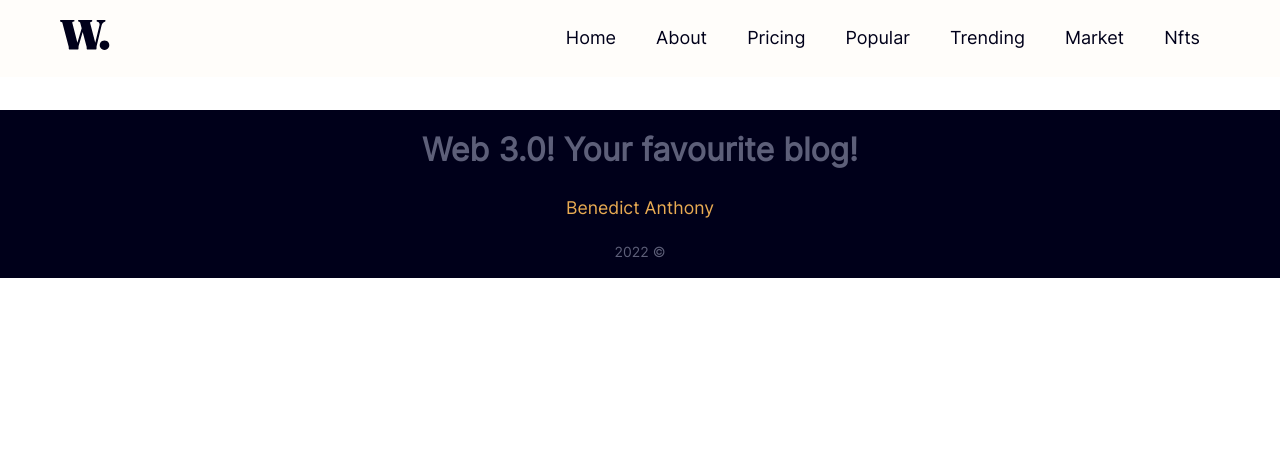
Repository: Benedict-Anthony/web3.0-blog-chain
Page: /market
An editor plug-in stored every save of this project. The page is shown before and after the next save, followed by the edit.
The browser window is 1280 px wide. The pictures show the whole page.
The project was rebuilt for these pictures with package versions that can differ from the ones it lists, and the page was loaded fresh each time. The framework's server and built-in components were replaced by stand-ins that run in the browser. Also part of the build but not shown: next.config.js, styles/styles.css.

Above is the page before, as saved 2022-12-22 05:16:09.

### pages/_app.tsx
import '../styles/globals.scss'
import type { AppProps } from 'next/app'
import NavBar from '../components/NavBar'
import "@/styles/styles.css"
import { Footer } from 'components/Footer'
export default function App({ Component, pageProps }: AppProps) {
  return (
    <>
      <NavBar />
      <Component {...pageProps} />
      <Footer/>
    </>
  )
}

### pages/market.tsx
import Button from 'components/Button'
import React from 'react'
import Layout from 'components/Layout';

const market = () => {
  return (
      <Layout title='Web 3.0 | market News' description='market system top news' keyword='crytopcurrency, coin, web 3, news'>

      </Layout>
  )
}

export default market

### styles/globals.scss
:root{
  --SoftOrange: hsl(35, 77%, 62%);
  --SoftRed: hsl(5, 85%, 63%);

  --Red: hsl(0, 78%, 62%);
  --Cyan: hsl(180, 62%, 55%);
  --Orange: hsl(34, 97%, 64%);
  --Blue: hsl(212, 86%, 64%);

  --OffWhite: hsl(36, 100%, 99%);
  --GrayishBlue: hsl(233, 8%, 79%);
  --DarkGrayishBlue: hsl(236, 13%, 42%);
  --VeryDarkBlue: hsl(240, 100%, 5%);
}

@font-face{
  font-family: "Inter";
  src: url("/landing/assets/fonts/static/inter-Bold.ttf");
  src: url("/landing/assets/fonts/static/inter-ExtraBold.ttf");
  src: url("/landing/assets/fonts/static/inter-Regular.ttf");
}

*::after, *::before, *{
  padding: 0;
  margin: 0;
  box-sizing: border-box;
  transition: all .3s ease;
  line-height: 1.54em;
}


ul,li{
  list-style: none;
}

html{
  scroll-behavior: smooth;
}

body{
  font-family: "Inter";
}

.swiper {
    overflow: visible;
}

### components/NavBar.tsx
import React, { useEffect } from 'react'
import {useState} from "react"
import Image from 'next/image'
import Link from 'next/link';
import NavBarStyles from "@/styles/navBar.module.scss";
import { useRouter } from 'next/router';

const NavBar = () => {
  const [mobileActive, setMobileActive] = useState(false)
  const route = useRouter()

  useEffect(() => {
    setMobileActive(false)
  }, [route.pathname])
  return (

        <header className={NavBarStyles.header}>
          <nav className={NavBarStyles.nav}>
               <div className="logo">
                <Image src="/landing/assets/images/logo.svg" alt="" width={50} height={30} />
              </div>

              <ul style={{
                right: mobileActive ? "0" : "calc(100vw + 50px)"
              }}>
                  <li><Link href={"/"}>Home</Link></li>
                  <li><Link href={"/about"}>About</Link></li>
                  <li><Link href={"/pricing"}>Pricing</Link></li>
                  <li><Link href={"/popular"}>Popular</Link></li>
                  <li><Link href={"/trending"}>Trending</Link></li>
                  <li><Link href={"/market"}>Market</Link></li>
                  <li><Link href={"/nft"}>Nfts</Link></li>

              </ul>

                  <div className={NavBarStyles.toggler} onClick={() => setMobileActive(!mobileActive)}>
                      <Image src={`/landing/assets/images/${mobileActive ? "icon-menu-close.svg" : "icon-menu.svg"}`} alt="" width={25} height={20} />
            </div>

         </nav>
    </header>

  )
}

export default NavBar

### components/Footer.tsx
import React from 'react'
import Footerstyles from "@/styles/Footer.module.scss"
export const Footer = () => {
    const year = new Date().getFullYear()
  return (
    <footer className={Footerstyles.footer}>
        <h3>Web 3.0! Your favourite blog!</h3>
          <p>Benedict Anthony</p>
          <div>{ year} &copy;</div>
    </footer>
  )
}

### components/Layout.tsx
import React, { FC } from 'react'
import UtilsStyles from "@/styles/Utils.module.scss";
import {ReactNode} from "react"
import  Head  from 'next/head';

type layoutProps = {
  children: ReactNode,
  title: string
  description: string
  keyword: string
}
const Layout = ({children, title, description, keyword}:layoutProps) => {
  return (
    <>

      <Head>
        <title>{title}</title>
        <meta name='description' content={description} />
        <meta name='keywords' content={keyword} />
    </Head>
    <main className={UtilsStyles.container}>
      <section className={UtilsStyles.spaceY}>
        {children}
      </section>
      </main>
    </>
  )
}

export default Layout

### styles/navBar.module.scss
.header{
    position: fixed;
    top: 0;
    right: 0;
    left: 0;
    // max-width: 1160px;
    margin: 0 auto;
    padding: 20px;
     background-color: var(--OffWhite);
     z-index:10;
    //  box-shadow:  2px 1px 3px var(--DarkGrayishBlue);
}

.nav{
    display: flex;
    justify-content: space-between;
    align-items: center;
     max-width: 1160px;
    margin: 0 auto;

    .logo{
        width: 50px;
    }

    ul{
        display: flex;
        align-items: center;
        justify-content: space-between;

        li{
            margin: 0 20px;

            a{
                text-decoration: none;
                font-size: 18px;
                color: var(--VeryDarkBlue);
                font-family: "Inter";
                font-weight: 400;
                &:hover{
                    color: var(--SoftRed);
                    cursor: pointer;
                }
            }
        }
    }

    @media(max-width:767px) {
        ul{
            position: absolute;
            top: 0;
            width: 80%;
            background-color: var(--OffWhite);
            box-shadow: 2px 2px 3px var(--DarkGrayishBlue);
            height: 100vh;
            flex-flow: column;
            justify-content: center;
            align-items: flex-start;
            padding-left: 10px;

            li{
                margin: 20px 0;

                a{
                    font-size: 22px;
                }
            }

        }


    }
}



.toggler{
        display: none;


        @media(max-width:767px) {
            display: block;
            z-index: 10;
        }
    }

### styles/Footer.module.scss
.footer{
    display: flex;
    align-items: center;
    justify-content: center;
    flex-direction: column;
    gap: 20px;
    padding: 15px 5px;
    color: var(--DarkGrayishBlue);
    background-color: var(--VeryDarkBlue);
    margin-top: 30px;
    text-align: center;

    h3{
        // color:var(--Blue);
        font-size: 2rem;
    }
    p{
        color: var(--SoftOrange);
        font-size: 1.1rem;
    }

    div{
        // color: var(--SoftOrange);
        font-size: 14px;
    }
}

### styles/Utils.module.scss
.container{
    max-width: 1160px;
    margin: 0 auto;
    overflow:hidden;
    padding: 0 7px;
}

.spaceY{
    padding-top: 2.5rem;
    margin-top: 2.5rem;
}

### components/Market.tsx
import React from 'react'
import Button from './Button'

const Market = () => {
  return (
    <article>
          <h2>Lorem ipsum dolor sit amet.</h2>
          <p>Lorem ipsum dolor sit amet consectetur adipisicing elit. Quibusdam repellendus assumenda esse exercitationem? Cumque eligendi, voluptas, enim ullam quos quas iste labore dolorem impedit inventore dicta tempore voluptatem iure fuga?</p>
          <Button title='Details'/>
    </article>
  )
}

export default Market

### components/Button.tsx
import React from 'react'
import ButtonbStyles from "@/styles/Button.module.scss"
type ButtonProps = {
    title:string
}
const Button = ({title}: ButtonProps) => {
  return (
    <button className={ButtonbStyles.button}>
      {title}
    </button>
  )
}

export default Button

### styles/Button.module.scss
.button{
    display: inline-block;
    color: var(--OffWhite);
    padding: 10px 20px;
    border: 0;
    background-color: var(--SoftRed);
    margin-top: 10px;
    font-size: 18px;
    border-radius: 2px;
    text-transform: capitalize;

    &:hover{
        cursor: pointer;
        background-color: var(--VeryDarkBlue);
    }
}

After the next save:
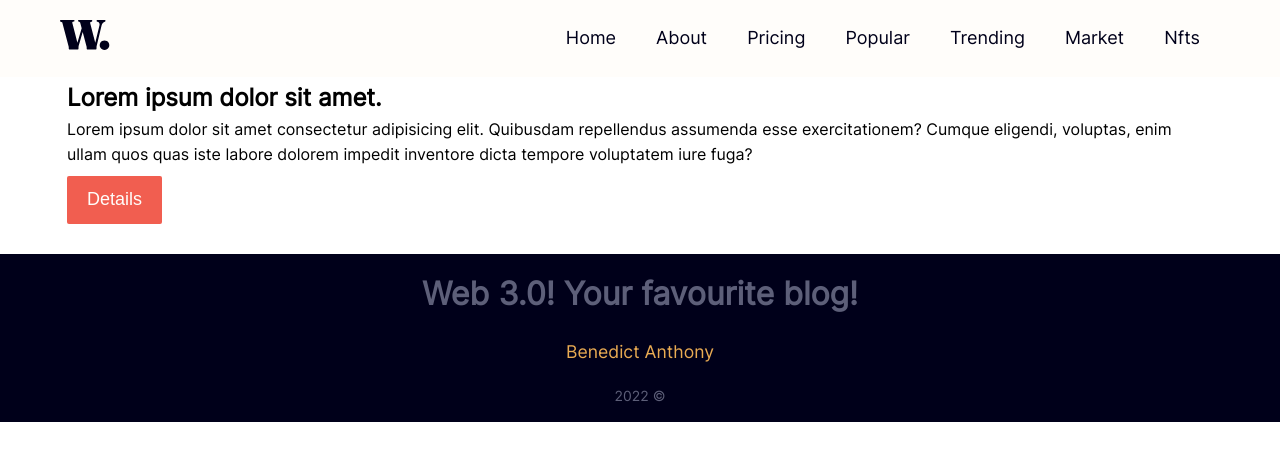
Saved 19 s later.
--- a/pages/market.tsx
+++ b/pages/market.tsx
@@ -1,11 +1,14 @@
 import Button from 'components/Button'
 import React from 'react'
 import Layout from 'components/Layout';
+import Market from 'components/Market';
 
 const market = () => {
   return (
       <Layout title='Web 3.0 | market News' description='market system top news' keyword='crytopcurrency, coin, web 3, news'>
-
+          <section>
+              <Market/>
+          </section>
       </Layout>
   )
 }
